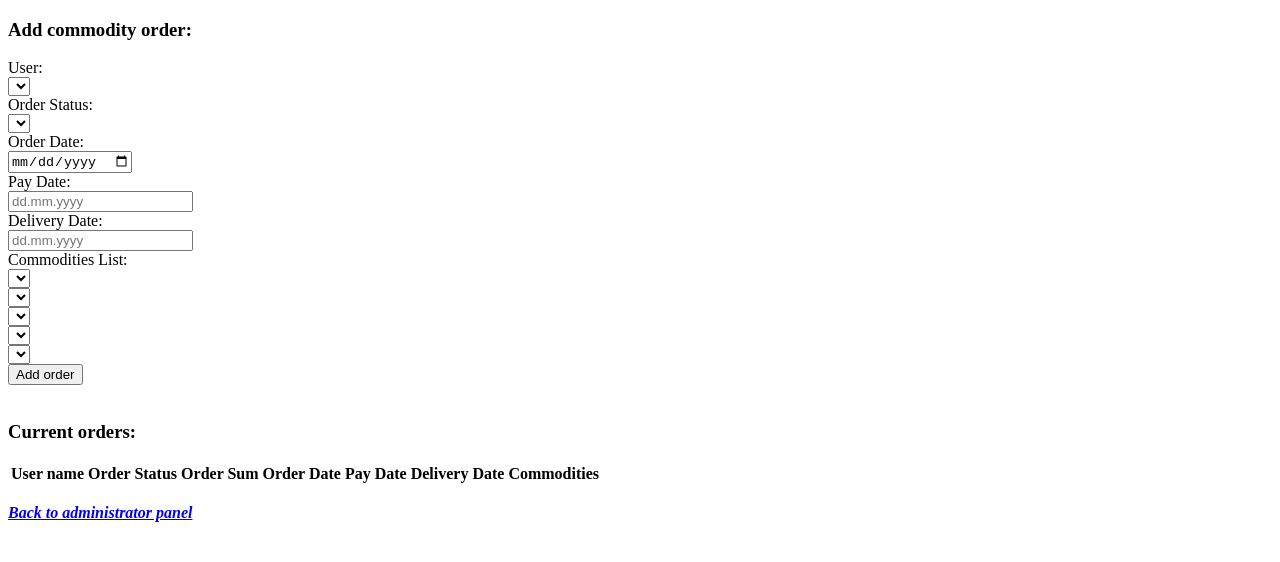
Repository: Zed180881/Zed_repo
Page: http://localhost/eShop/WEB-INF/views/adminPanel/adminCommodityOrder.jsp
These files come from the project's save history. The page is drawn as it stood at one moment and after the next save; the edit follows.
The browser window is 1280 px wide. The pictures show the whole page.
The page is served by Tomcat 9. Nobody is signed in. The template is opened directly, without the code that normally fills it, so the values that code supplies are empty.

Above is the page before, as saved 2016-08-12 11:10:24.

After the next save:
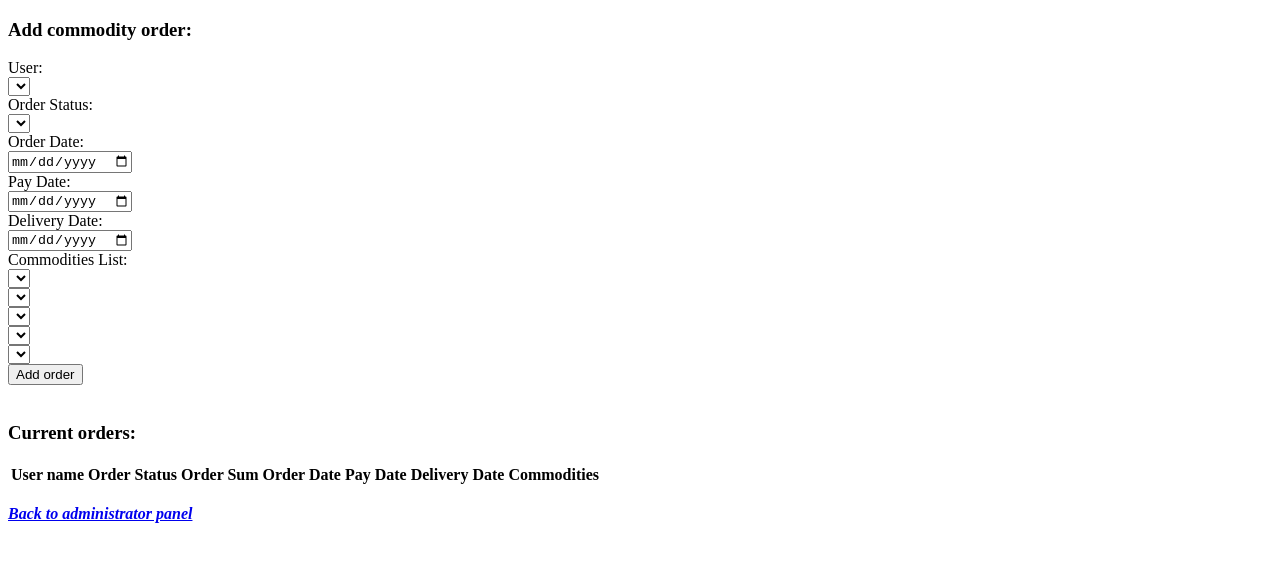
Saved 7 min 6 s later.
--- a/JavaProj/eShop/src/main/webapp/WEB-INF/views/adminPanel/adminCommodityOrder.jsp
+++ b/JavaProj/eShop/src/main/webapp/WEB-INF/views/adminPanel/adminCommodityOrder.jsp
@@ -27,39 +27,35 @@
 		<label for="orderDate">Order Date:</label><br>
 		<form:input type="date" path="orderDate" id="orderDate" required="true"/><br>
 		<label for="payDate">Pay Date:</label><br>
-		<input type="text" name="payDate" placeholder="dd.mm.yyyy"><br>
+		<form:input type="date" path="payDate" id="payDate"/><br>
 		<label for="deliveryDate">Delivery Date:</label><br>
-		<input type="text" name="deliveryDate" placeholder="dd.mm.yyyy"><br>
+		<form:input type="date" path="deliveryDate" id="deliveryDate"/><br>
 		<label for="commodityModel1">Commodities List:</label><br>
-		<select name="commodityModel1">
+		<form:select path="commodities" id="commodityModel1">
 			<c:forEach items="${commodities}" var="commodity">
 				<option value="${commodity.model}">${commodity.model}</option>
 			</c:forEach>
-		</select><br>
-		<select name="commodityModel2">
-			<option value=""></option>
+		</form:select><br>
+		<form:select path="commodities">
 			<c:forEach items="${commodities}" var="commodity">
 				<option value="${commodity.model}">${commodity.model}</option>
 			</c:forEach>
-		</select><br>
-		<select name="commodityModel3">
-			<option value=""></option>
+		</form:select><br>
+		<form:select path="commodities">
 			<c:forEach items="${commodities}" var="commodity">
 				<option value="${commodity.model}">${commodity.model}</option>
 			</c:forEach>
-		</select><br>
-		<select name="commodityModel4">
-			<option value=""></option>
+		</form:select><br>
+		<form:select name="commodities">
 			<c:forEach items="${commodities}" var="commodity">
 				<option value="${commodity.model}">${commodity.model}</option>
 			</c:forEach>
-		</select><br>
-		<select name="commodityModel5">
-			<option value=""></option>
+		</form:select><br>
+		<form:select name="commodities">
 			<c:forEach items="${commodities}" var="commodity">
 				<option value="${commodity.model}">${commodity.model}</option>
 			</c:forEach>
-		</select><br>
+		</form:select><br>
 		<input type="submit" value="Add order">
 	</form:form><br>
 	<h3>Current orders:</h3>
